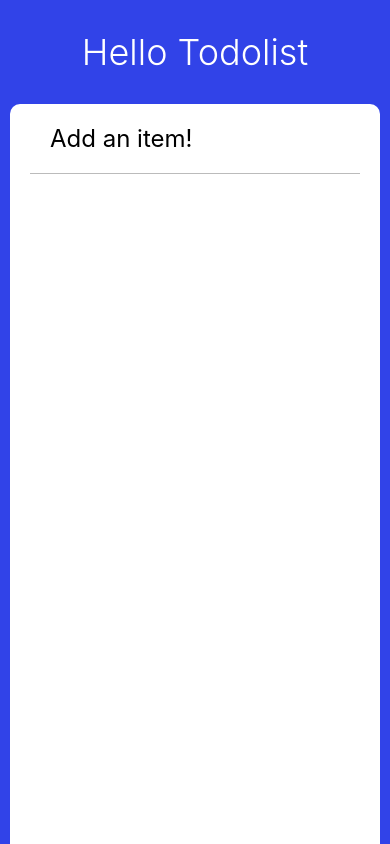
Repository: GoodHoneyCake/toy_project3
Page: /
An editor plug-in stored every save of this project. The page is shown before and after the next save, followed by the edit.
The browser window is 390 px wide. The pictures show the whole page.
The app was drawn by React Native's web renderer in a window 390 px wide. The project was rebuilt for these pictures with package versions that can differ from the ones it lists, and the page was loaded fresh each time.

Above is the page before, as saved 2021-02-08 16:27:14.

After the next save:
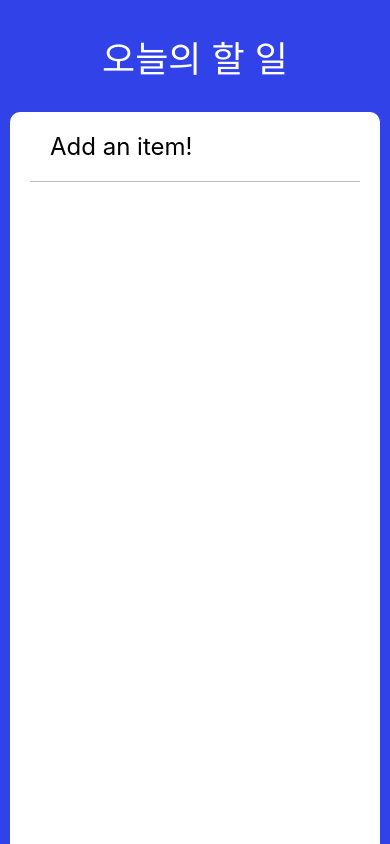
Saved 23 s later.
--- a/components/main.jsx
+++ b/components/main.jsx
@@ -4,7 +4,7 @@ import { SafeAreaView, StyleSheet, TextInput, View, Text } from "react-native";
 const Main = () => {
   return (
     <SafeAreaView style={styles.container}>
-      <Text style={styles.appTitle}>Hello Todolist</Text>
+      <Text style={styles.appTitle}>오늘의 할 일</Text>
       <View style={styles.card}>
         <TextInput style={styles.input} placeholder="Add an item!" />
       </View>
